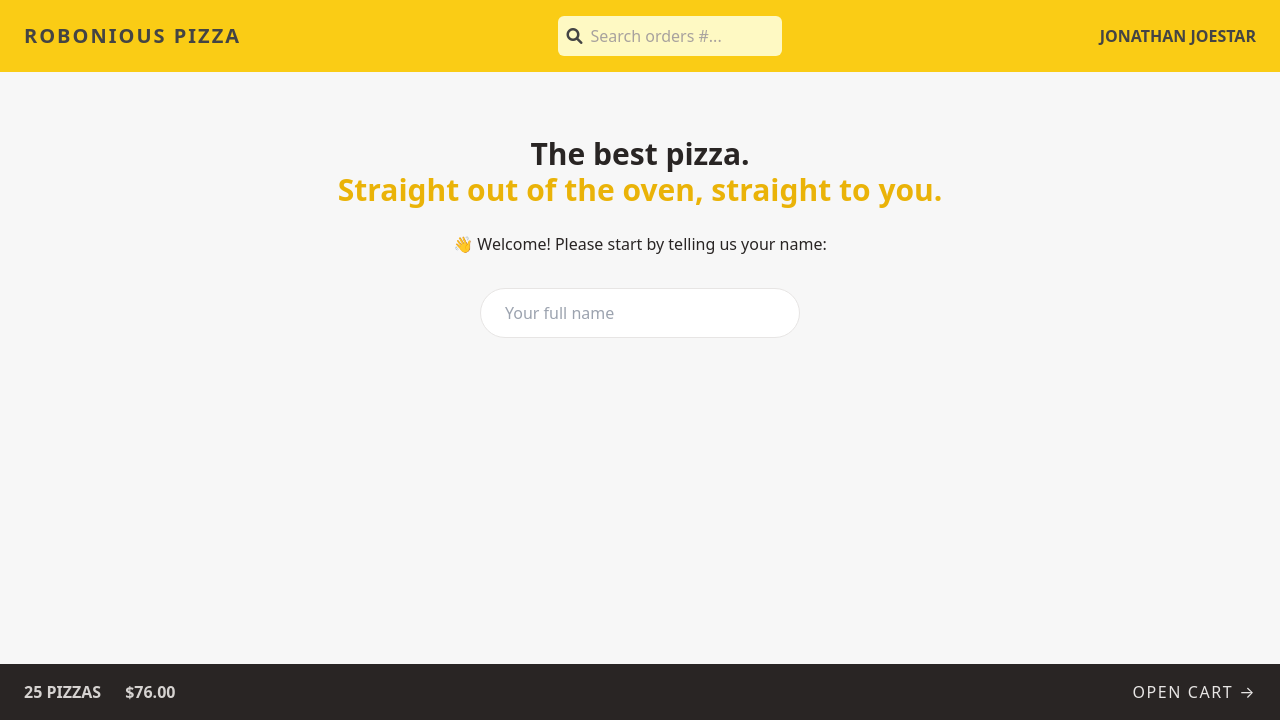
Repository: Alexro04/fast-food
Page: / (app in fast-food/)
These files come from the project's save history. The page is drawn as it stood at one moment and after the next save; the edit follows.
The browser window is 1280 px wide. The pictures show the whole page.
The project was rebuilt for these pictures with package versions that can differ from the ones it lists, and the page was loaded fresh each time. Also part of the build but not shown: fast-food/vite.config.js, fast-food/src/ui/Button.jsx, fast-food/src/ui/Loading.jsx, fast-food/src/utils/helpers.js, fast-food/src/features/cart/CartItem.jsx, fast-food/src/features/cart/Cart.jsx, fast-food/src/utils/apiRestaurant.js, fast-food/src/features/order/OrderItem.jsx and 5 more.

Above is the page before, as saved 2025-03-14 05:57:00.

### fast-food/index.html
<!doctype html>
<html lang="en">
  <head>
    <meta charset="UTF-8" />
    <link rel="icon" type="image/svg+xml" href="/vite.svg" />
    <link
      rel="stylesheet"
      href="https://cdnjs.cloudflare.com/ajax/libs/font-awesome/6.0.0-beta3/css/all.min.css"
    />
    <meta name="viewport" content="width=device-width, initial-scale=1.0" />
    <title>Vite + React</title>
  </head>
  <body>
    <div id="root"></div>
    <script type="module" src="/src/main.jsx"></script>
  </body>
</html>

### fast-food/src/index.css
@tailwind base;
@tailwind components;
@tailwind utilities;
@layer components {
  .input {
    @apply rounded-full border border-stone-200 px-4 py-2 transition-all duration-300 focus:outline-none focus:ring focus:ring-yellow-300 md:px-6 md:py-3;
  }
}

body {
  font-family:
    system-ui,
    -apple-system,
    BlinkMacSystemFont,
    "Segoe UI",
    Roboto,
    Oxygen,
    Ubuntu,
    Cantarell,
    "Open Sans",
    "Helvetica Neue",
    sans-serif;
  background-color: #f7f7f7;
  color: #444;
}

.layout {
  display: grid;
  grid-template-rows: auto 1fr auto;
  gap: 32px;
  height: 100dvh;
}

/* https://dev.to/afif/i-made-100-css-loaders-for-your-next-project-4eje */
.loader {
  width: 45px;
  aspect-ratio: 0.75;
  --c: no-repeat linear-gradient(#333 0 0);
  background:
    var(--c) 0% 50%,
    var(--c) 50% 50%,
    var(--c) 100% 50%;
  background-size: 20% 50%;
  animation: loading 1s infinite linear;
}

@keyframes loading {
  20% {
    background-position:
      0% 0%,
      50% 50%,
      100% 50%;
  }
  40% {
    background-position:
      0% 100%,
      50% 0%,
      100% 50%;
  }
  60% {
    background-position:
      0% 50%,
      50% 100%,
      100% 0%;
  }
  80% {
    background-position:
      0% 50%,
      50% 50%,
      100% 100%;
  }
}

### fast-food/src/App.jsx
import { createBrowserRouter, RouterProvider } from "react-router-dom"
import Home from "./ui/Home"
import AppLayout from "./ui/AppLayout"
import Cart from './features/cart/Cart'
import Order, { loader as orderLoader } from './features/order/Order'
import Menu, { loader as menuLoader } from './features/menu/Menu'
import Error from './ui/Error'
import CreateOrder, { action as createOrderAction } from "./features/order/CreateOrder"

function App() {
  const router = createBrowserRouter([
    {
      element: <AppLayout />,
      errorElement: <Error />,
      children: [
        {
          path: '/',
          element: <Home />
        },
        {
          path: '/cart',
          element: <Cart />
        },
        {
          path: '/order/:orderId',
          element: <Order />,
          loader: orderLoader,
          errorElement: <Error />
        },
        {
          path: '/order/new',
          element: <CreateOrder />,
          action: createOrderAction
        },
        {
          path: '/menu',
          element: <Menu />,
          loader: menuLoader,
          errorElement: <Error />
        },
      ]
    }
  ])

  return (
    <RouterProvider router={router} />
  )
}

export default App

### fast-food/src/ui/Home.jsx
import { Link } from "react-router-dom";
import CreateUser from "../features/user/CreateUser";

function Home() {
  return (
    <div className="my-16 text-center text-stone-800">
      <h1 className="mb-6 px-4 text-xl font-semibold sm:text-3xl">
        The best pizza.
        <br />
        <span className="text-yellow-500">
          Straight out of the oven, straight to you.
        </span>
      </h1>
      <CreateUser />
    </div>
  );
}

export default Home;

### fast-food/src/ui/AppLayout.jsx
import { Outlet, useNavigation } from "react-router-dom";
import Header from "./Header";
import Loading from "./Loading";
import Footer from "./Footer";

export default function AppLayout() {
  const navigation = useNavigation();
  const isLoading = navigation.state === "loading";

  return (
    <div className="grid h-screen grid-rows-[auto_1fr_auto]">
      {isLoading && <Loading />}
      <Header />
      <main className="flex overflow-y-scroll">
        <div className="mx-auto w-full max-w-[900px]">
          <Outlet />
        </div>
      </main>
      <Footer />
    </div>
  );
}

### fast-food/src/features/user/CreateUser.jsx
import { useState } from "react";
import Button from "../../ui/Button";

function CreateUser() {
  const [username, setUsername] = useState("");

  function handleSubmit(e) {
    e.preventDefault();
  }

  return (
    <form onSubmit={handleSubmit}>
      <p>👋 Welcome! Please start by telling us your name:</p>

      <input
        type="text"
        placeholder="Your full name"
        value={username}
        onChange={(e) => setUsername(e.target.value)}
        className="input my-8 w-64 sm:w-80"
      />

      {username !== "" && (
        <div>
          <Button type="primary">Start Ordering</Button>
        </div>
      )}
    </form>
  );
}

export default CreateUser;

### fast-food/src/ui/Header.jsx
import { Link } from "react-router-dom";
import Search from "./Search";

function Header() {
  return (
    <header className="flex items-center justify-between bg-yellow-400 px-3 py-4 sm:px-6">
      <Link
        to="/"
        className="whitespace-nowrap text-base font-semibold uppercase tracking-wider sm:tracking-widest md:text-xl"
      >
        Robonious Pizza
      </Link>
      <Search />
      <p className="hidden text-base font-semibold uppercase sm:block md:text-base">
        Jonathan Joestar
      </p>
    </header>
  );
}

export default Header;

### fast-food/src/ui/Footer.jsx
import { Link } from "react-router-dom";

function Footer() {
  return (
    <div className="flex justify-between bg-stone-800 px-3 py-4 text-sm uppercase text-stone-200 sm:px-6 md:text-base">
      <p className="space-x-2 font-semibold text-stone-300 sm:space-x-6">
        <span>25 pizzas</span>
        <span>$76.00</span>
      </p>
      <Link to="/cart" className="tracking-widest">
        open cart &rarr;
      </Link>
    </div>
  );
}

export default Footer;

### fast-food/src/ui/Search.jsx
import { useState } from "react";
import { useNavigate } from "react-router-dom";

function Search() {
  const [query, setQuery] = useState("");
  const navigate = useNavigate();

  function handleSubmit(e) {
    e.preventDefault();
    if (!query) return;
    navigate(`/order/${query}`);
    setQuery("");
  }

  return (
    <form onSubmit={handleSubmit} className="relative flex items-center">
      <i class="fas fa-search absolute left-2"></i>
      <input
        type="text"
        value={query}
        onChange={(e) => setQuery(e.target.value)}
        placeholder="Search orders #..."
        className="duration- rounded-md bg-yellow-100 py-2 pl-8 pr-4 transition-all placeholder:text-stone-400 focus:outline-none focus:ring focus:ring-yellow-500 focus:ring-opacity-50 sm:w-56 sm:focus:w-72 sm:focus:ring"
      />
    </form>
  );
}

export default Search;

Loaded but not shown: fast-food/src/main.jsx (common file); fast-food/tailwind.config.js (common file)

After the next save:
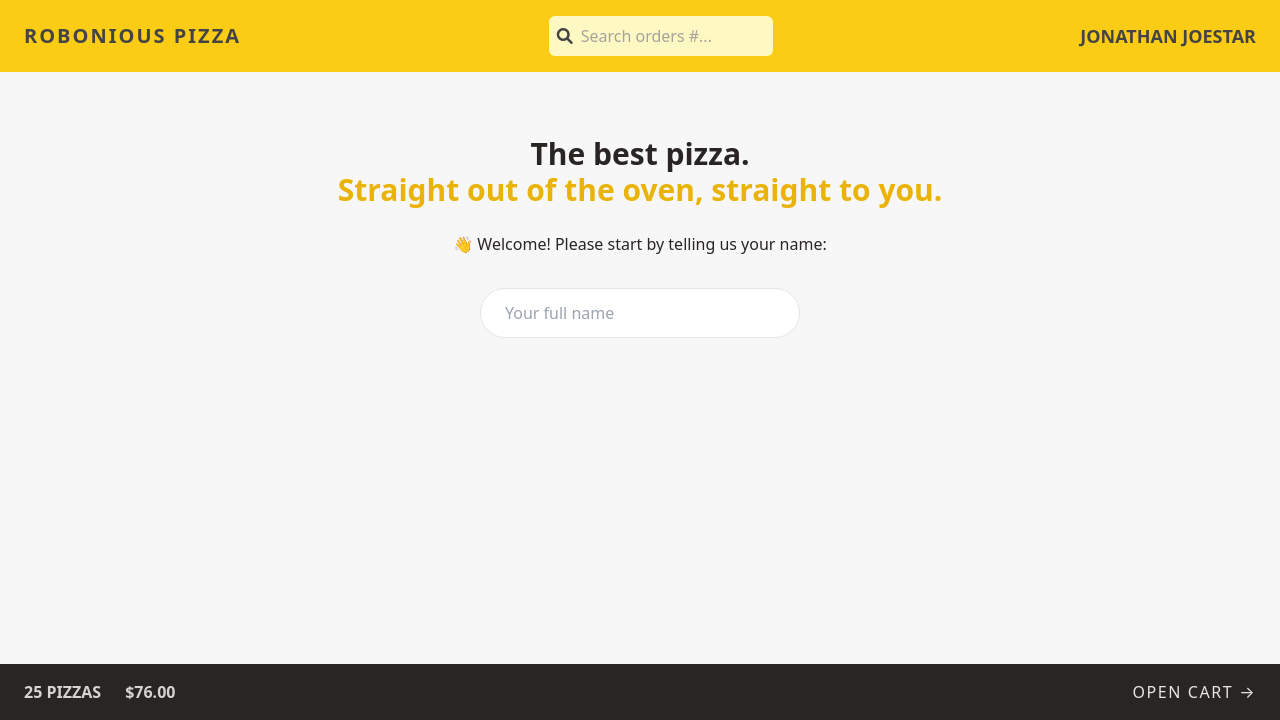
Saved 5 s later.
--- a/fast-food/src/ui/Header.jsx
+++ b/fast-food/src/ui/Header.jsx
@@ -11,7 +11,7 @@ function Header() {
         Robonious Pizza
       </Link>
       <Search />
-      <p className="hidden text-base font-semibold uppercase sm:block md:text-base">
+      <p className="hidden text-base font-semibold uppercase sm:block md:text-lg">
         Jonathan Joestar
       </p>
     </header>
